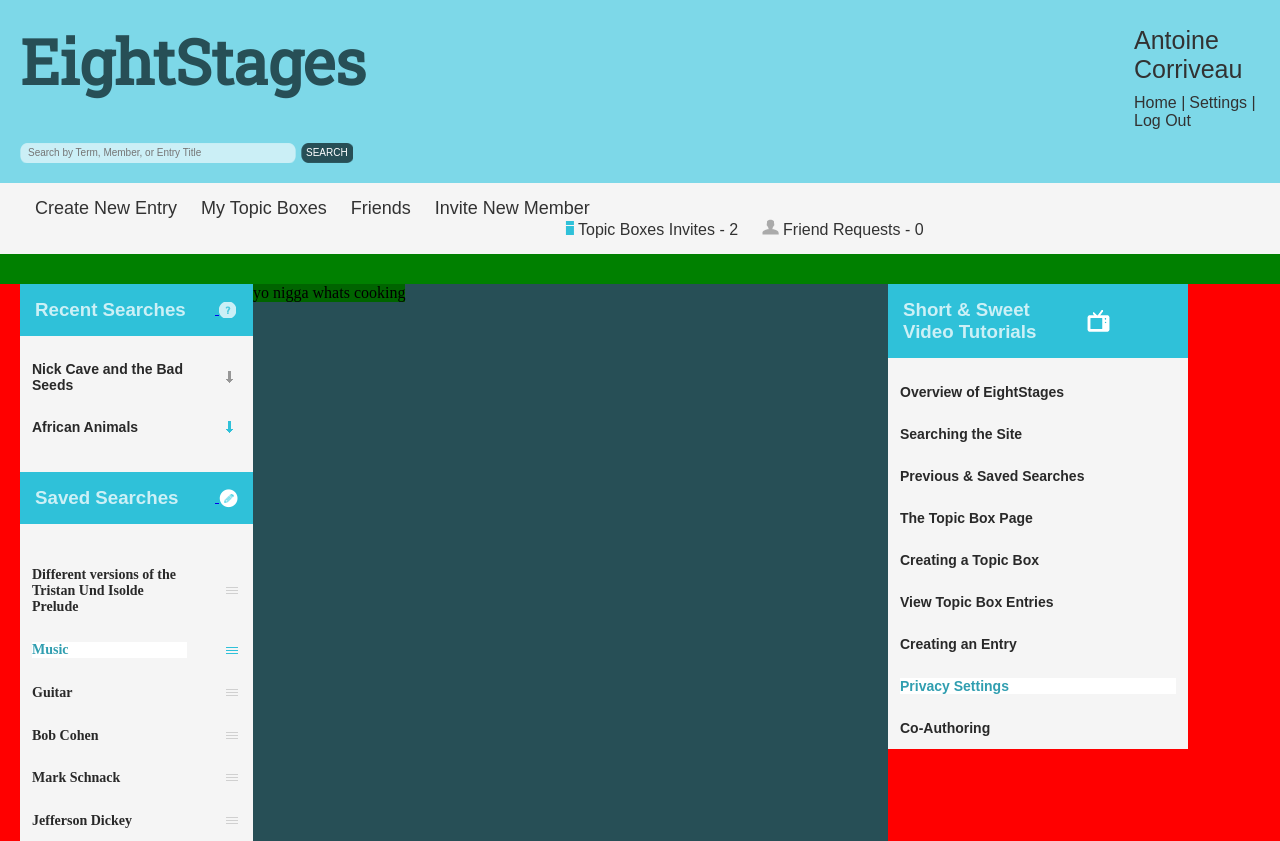
Repository: bhattaraib58/eighstages-lf-design
Page: Assignment 3/Eight Stages Website Mockup Done/index.html
The author's editor kept a copy of each file at every save. The page is drawn from the files as they stood at one save, then again after the next save.
The browser window is 1280 px wide. The pictures show the whole page.
Some web fonts or font styles are not loaded; a fallback is used.

Above is the page before, as saved 2019-06-10 01:25:39.

After the next save:
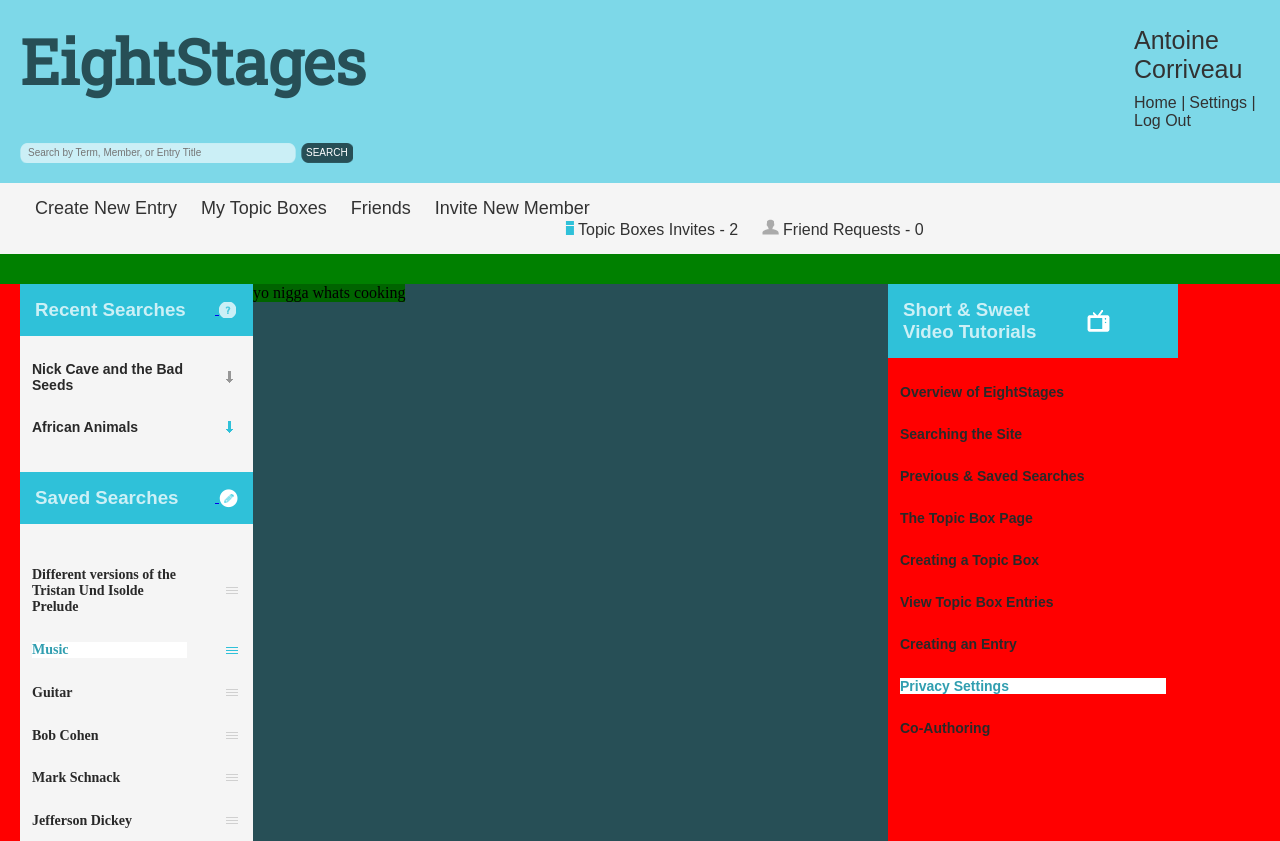
Saved 35 s later.
--- a/Assignment 3/Eight Stages Website Mockup Done/css/style.css
+++ b/Assignment 3/Eight Stages Website Mockup Done/css/style.css
@@ -164,8 +164,7 @@
 }
 
 .short-links-container {
-    width: 300px;
-    background-color: #f5f5f5;
+    width: 290px;
     float: left;
 }
 
